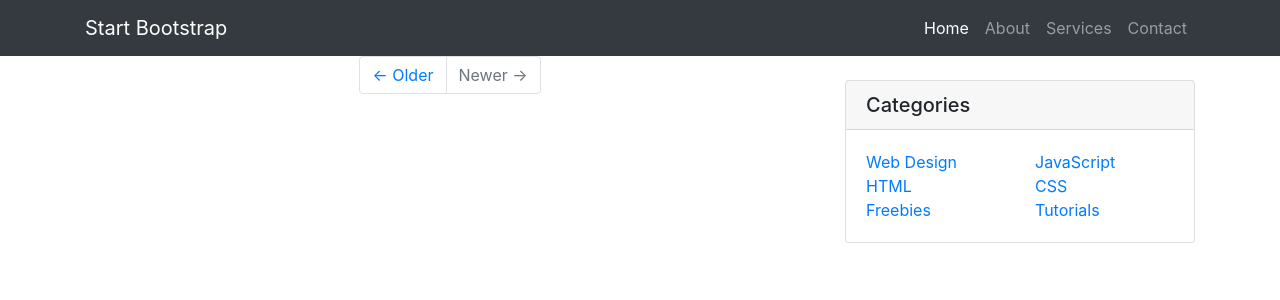
Repository: mohammedaniz/Blog-App
Page: /blogs
These files come from the project's save history. The page is drawn as it stood at one moment and after the next save; the edit follows.
The browser window is 1280 px wide. The pictures show the whole page.
The page's requests for data from a server got no answer. The project was rebuilt for these pictures with package versions that can differ from the ones it lists, and the page was loaded fresh each time. No one was signed in, and anything a server would have sent is missing. Also part of the build but not shown: src/components/Components/Feed.component.vue, src/components/Components/Spinner.component.vue, src/components/Components/Feed.Details.vue, src/components/Components/Feed.Category.component.vue.

Above is the page before, as saved 2020-09-12 22:45:49.

After the next save:
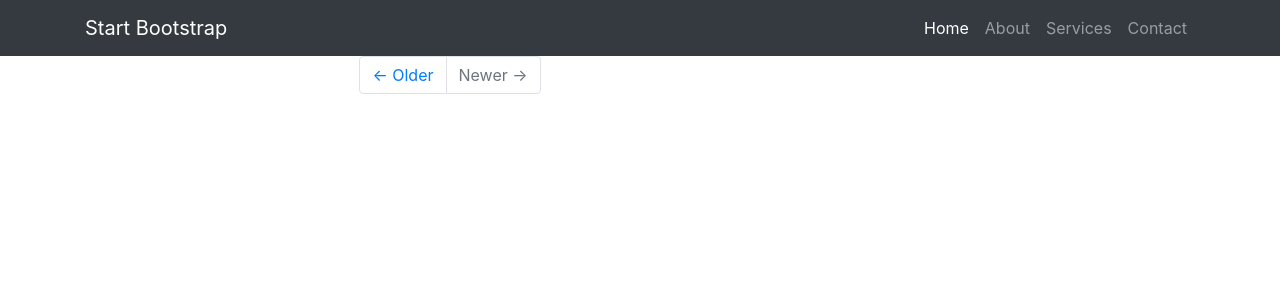
Saved 75 s later.
--- a/src/components/Layouts/Feed.Layout.vue
+++ b/src/components/Layouts/Feed.Layout.vue
@@ -34,40 +34,7 @@
       <div class="col-md-4">
 
         <!-- Categories Widget -->
-        <div class="card my-4">
-          <h5 class="card-header">Categories</h5>
-          <div class="card-body">
-            <div class="row">
-              <div class="col-lg-6">
-                <ul class="list-unstyled mb-0">
-                  <li>
-                    <a href="#">Web Design</a>
-                  </li>
-                  <li>
-                    <a href="#">HTML</a>
-                  </li>
-                  <li>
-                    <a href="#">Freebies</a>
-                  </li>
-                </ul>
-              </div>
-              <div class="col-lg-6">
-                <ul class="list-unstyled mb-0">
-                  <li>
-                    <a href="#">JavaScript</a>
-                  </li>
-                  <li>
-                    <a href="#">CSS</a>
-                  </li>
-                  <li>
-                    <a href="#">Tutorials</a>
-                  </li>
-                </ul>
-              </div>
-            </div>
-          </div>
-        </div>
-
+        <CategoryComponent />
       </div>
 
     </div>
@@ -82,6 +49,7 @@ import moment from 'moment';
 import Spinner from '../Components/Spinner.component';
 import {mapGetters} from 'vuex';
 import LoadingSpinner from '../Components/Spinner.component';
+import CategoryComponent from '../Components/Category.component';
 export default {
     computed : {
       ...mapGetters(['GET_ALL_BLOGS_SORTED_BY_CREATED_DATE_GETTER','GET_LOADING_STATUS_GETTER'])
@@ -99,7 +67,8 @@ export default {
         }
     },components : {
         Spinner,
-        Feed
+        Feed,
+        CategoryComponent
     },mounted(){
         this.spinnerStatus = false;
         // console.log('stat' , this.GET_ALL_BLOGS)
